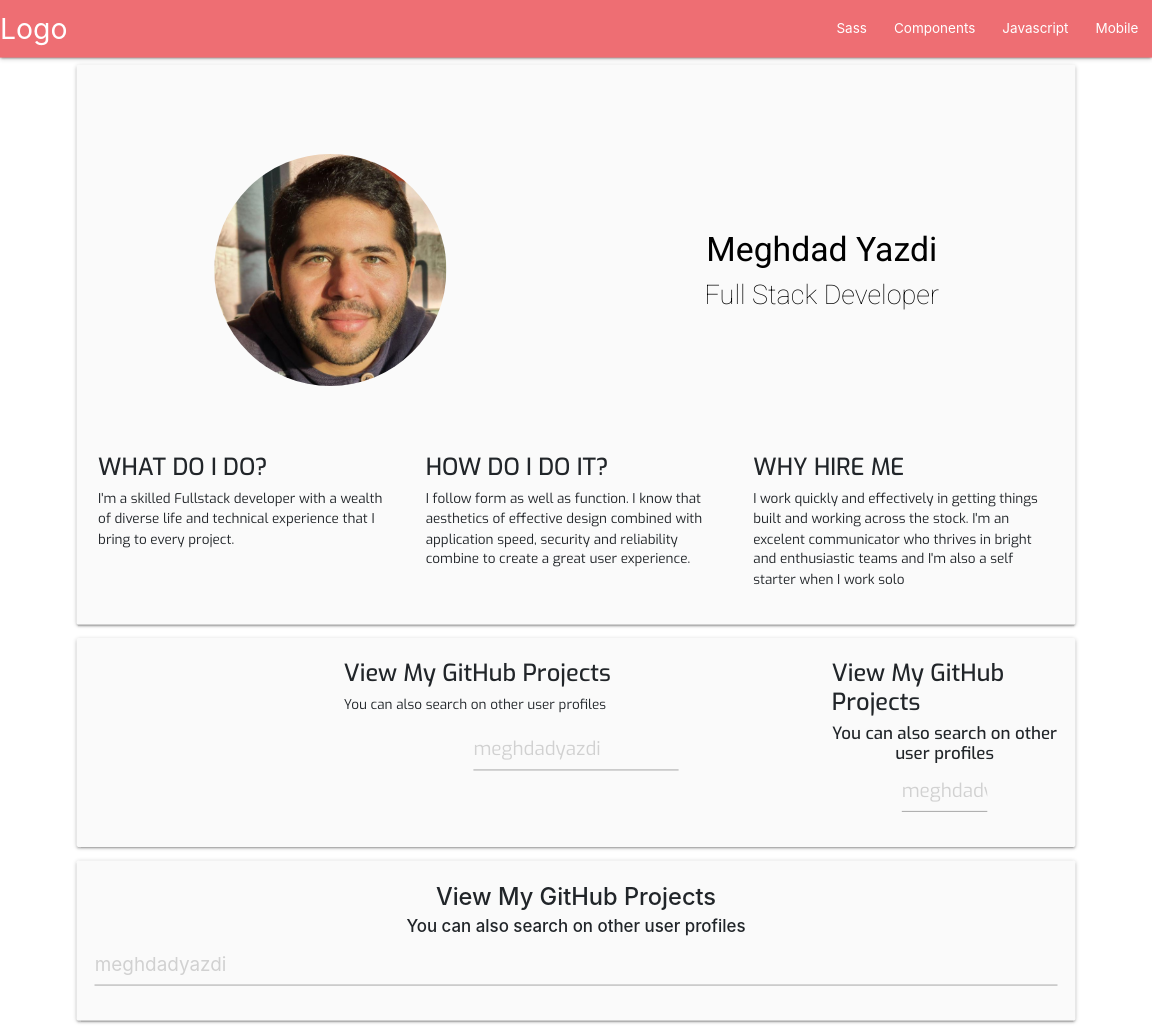
Repository: meghdadyazdi/SD_Res
Page: index.html
The author's editor kept a record of every edit. The page is drawn from the files as they stood at one moment, then again after the next edit.
The browser window is 1280 px wide. The pictures show the whole page, at 90% of full size.

Above is the page before.
Console error: ReferenceError: $ is not defined

After the next edit:
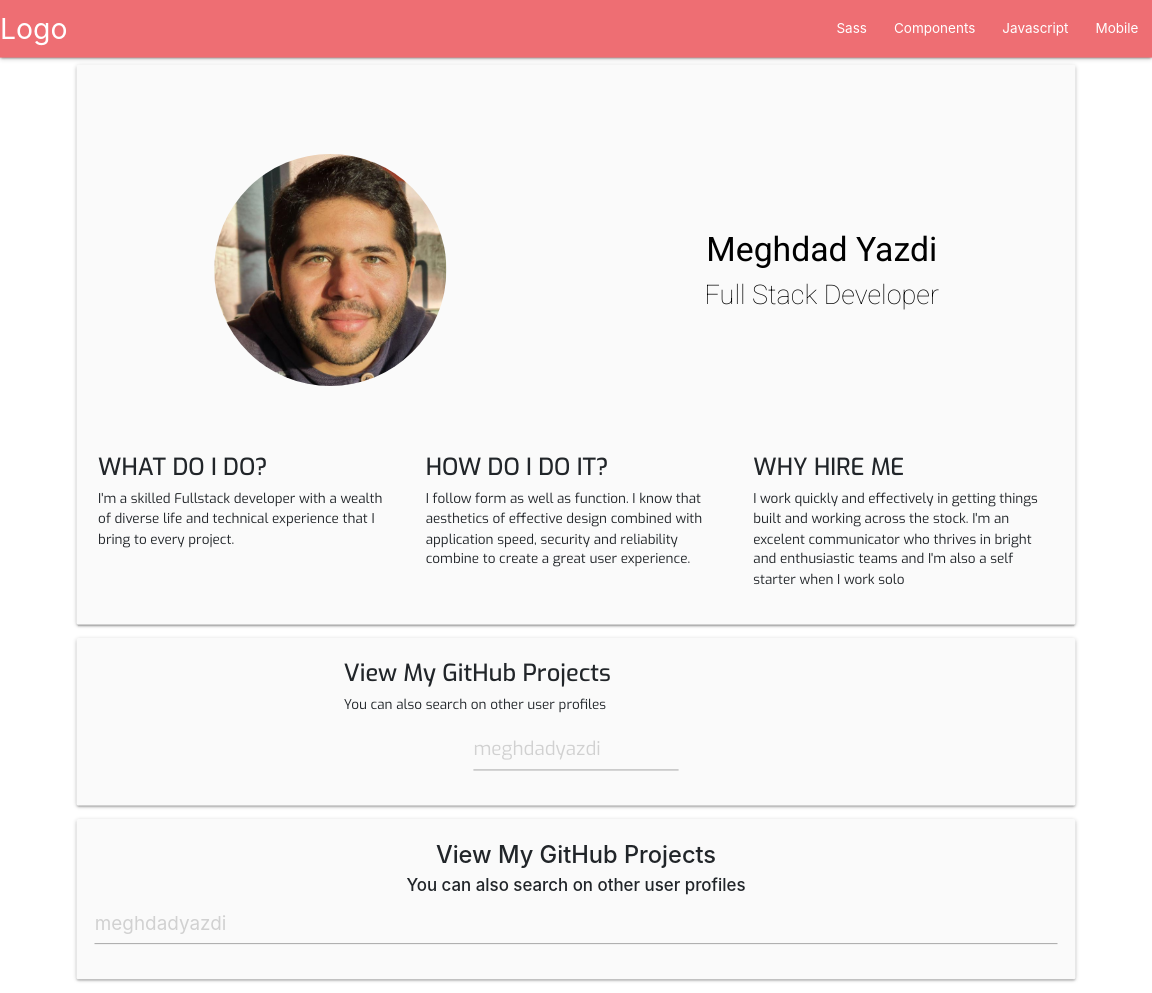
The edit:
--- a/index.html
+++ b/index.html
@@ -100,15 +100,15 @@
                 </div>
             </div>
 
-            <div class="col text_font">
-                <h3>View My GitHub Projects</h3>
-                <h5 class="uppercase text-center">You can also search on other user profiles</h5>
-                <div class="col-md-6 offset-md-3 center-form">
-                    <input type="text" id="gh-username" placeholder="meghdadyazdi" value="" oninput="fetchGitHubInformation()" />
-                    <div id="gh-user-data"></div>
-                    <div id="gh-repo-data"></div>
-                </div>
-            </div>
+            <!--<div class="col text_font">-->
+            <!--    <h3>View My GitHub Projects</h3>-->
+            <!--    <h5 class="uppercase text-center">You can also search on other user profiles</h5>-->
+            <!--    <div class="col-md-6 offset-md-3 center-form">-->
+            <!--        <input type="text" id="gh-username" placeholder="meghdadyazdi" value="" oninput="fetchGitHubInformation()" />-->
+            <!--        <div id="gh-user-data"></div>-->
+            <!--        <div id="gh-repo-data"></div>-->
+            <!--    </div>-->
+            <!--</div>-->
 
 
         </div>
